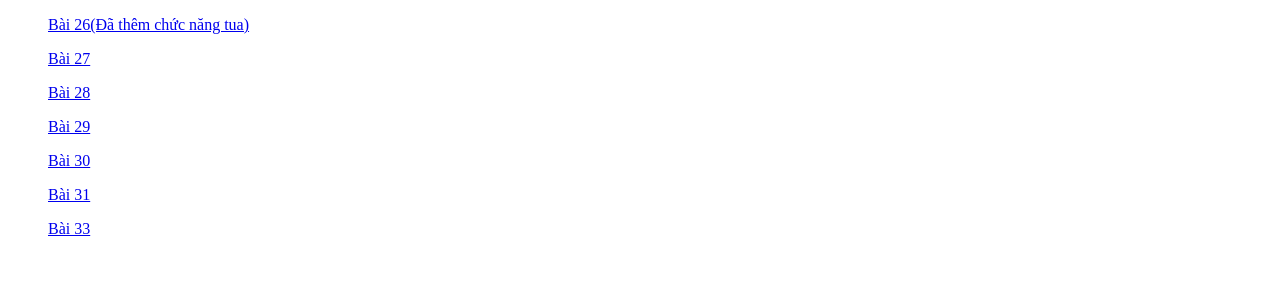
Repository: Dongnguyen318/Quydong
Page: index.html
An editor plug-in stored every save of this project. The page is shown before and after the next save, followed by the edit.
The browser window is 1280 px wide. The pictures show the whole page.

Above is the page before, as saved 2023-10-15 10:18:28.

### index.html
<!DOCTYPE html>
<html lang="en">
  <head>
    <meta charset="UTF-8" />
    <meta name="viewport" content="width=device-width, initial-scale=1.0" />
    <title>Document</title>
  </head>
  <body>
    <ul>
<p>
        <a href="./Day 26/index.html">Bài 26(Đã thêm chức năng tua)</a>

</p>      <p><a href="./Day 27/index.html">Bài 27</a></p>
      <a href="#!">Bài 28</a>
      <p><a href="./Day 29/index.html">Bài 29</a></p>
      <p><a href="./Day 30/index.html">Bài 30</a></p>
      <p><a href="./Day 31/index.html">Bài 31</a></p>
      <p><a href="./Day 33/index.html">Bài 33</a></p>

  </body>
</html>

After the next save:
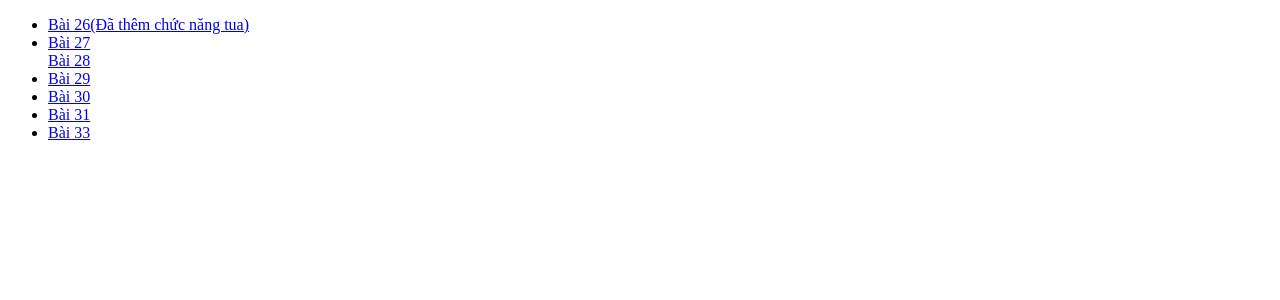
Saved 25 s later.
--- a/index.html
+++ b/index.html
@@ -7,15 +7,15 @@
   </head>
   <body>
     <ul>
-<p>
+<li>
         <a href="./Day 26/index.html">Bài 26(Đã thêm chức năng tua)</a>
 
-</p>      <p><a href="./Day 27/index.html">Bài 27</a></p>
+</li>      <li><a href="./Day 27/index.html">Bài 27</a></li>
       <a href="#!">Bài 28</a>
-      <p><a href="./Day 29/index.html">Bài 29</a></p>
-      <p><a href="./Day 30/index.html">Bài 30</a></p>
-      <p><a href="./Day 31/index.html">Bài 31</a></p>
-      <p><a href="./Day 33/index.html">Bài 33</a></p>
+      <li><a href="./Day 29/index.html">Bài 29</a></li>
+      <li><a href="./Day 30/index.html">Bài 30</a></li>
+      <li><a href="./Day 31/index.html">Bài 31</a></li>
+      <li><a href="./Day 33/index.html">Bài 33</a></li>
 
   </body>
 </html>
